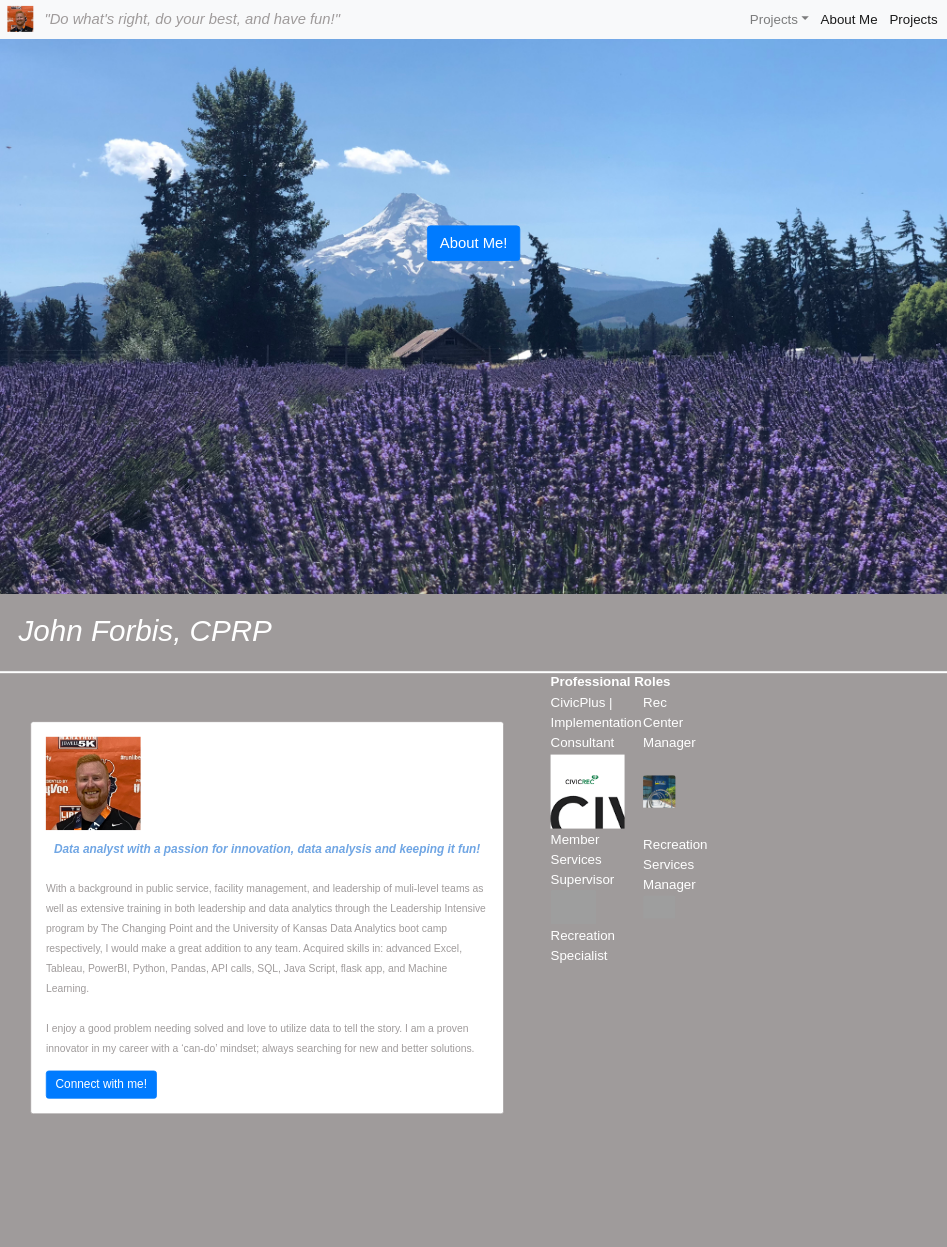
Repository: jforbis/john-forbis-data-analyst
Page: index.html
These files come from the project's save history. The page is drawn as it stood at one moment and after the next save; the edit follows.
The browser window is 1280 px wide. The pictures show the whole page, at 74% of full size.
Pictures or frames that could not be fetched are drawn as grey boxes. Backgrounds fixed to the window are drawn as part of the page.

Above is the page before, as saved 2021-03-31 20:54:05.

### index.html
<!DOCTYPE html>
<html lang="en">

<head>
<meta charset="UTF-8">
<title class="text">John Forbis, CPRP</title>
<!--Bootstrap style sheet-->
<link rel="stylesheet" href="https://stackpath.bootstrapcdn.com/bootstrap/4.3.1/css/bootstrap.min.css" integrity="sha384-ggOyR0iXCbMQv3Xipma34MD+dH/1fQ784/j6cY/iJTQUOhcWr7x9JvoRxT2MZw1T" crossorigin="anonymous">
<!--link to style sheet-->
<link rel="stylesheet" type="text/css" href="static/css/style.css">
</head>

<!--Top Nav Bar-->
<nav class="navbar-expand-lg navbar-light bg-light nav-color navbar nav">
    <a class="navbar-brand" href="about_me.html">
        <img class="headshot-sm" src="resources/images/headshot.jpg">
    </a>
    <a class="navbar-brand" id="tagline" href="index.html"> <i>"Do what's right, do your best, and have fun!"</i></a>
    <button class="navbar-toggler" type="button" data-bs-toggle="collapse" data-bs-target="#navbarSupportedContent"
        aria-controls="navbarSupportedContent" aria-expanded="false" aria-label="Toggle navigation">
        <span class="navbar-toggler-icon"></span>
    </button>
    <div class="collapse navbar-collapse justify-content-end" id="navbarSupportedContent">
        <div class="nav navbar-nav navbar-right">
            <ul class="navbar-nav me-auto mb-2 mb-lg-0">
                <li class="nav-item dropdown">
                    <a class="nav-link dropdown-toggle" href="#" id="navbarDropdown" role="button"
                        data-bs-toggle="dropdown" aria-expanded="false">Projects</a>
                    <ul class="dropdown-menu" aria-labelledby="navbarDropdown">
                        <a class="dropdown-item" href="#">Schooling</a>
                        <a class="dropdown-item" href="#">Career</a>
                        <a class="dropdown-item" href="#">Accolades</a>
                    </ul>
                </li>
                <li class="nav-item active">
                    <a class="nav-link" href="#">About Me </a>
                </li>
                <li class="nav-item active">
                    <a class="nav-link" href="#">Projects </a>
                </li>
            </ul>
        </div>
    </div>
</nav>

<div class="wrapper">
    <!-- <nav class="navbar navbar-default">
        <div class="container-fluid">
        <div class="navbar-header">
            <!-- <a class="navbar-brand" href="index.html">UFO Sightings
            <img class="nav-ufo" src="resources/images/headshot.jpg">
            </a> -->
        <!-- </div>
        </div>
    </nav> -->
    <div class="hero text-center">
        <h1 class="text"><b>JOHN FORBIS, CPRP</b></h1>
        <p><a class="btn btn-primary btn-lg" href="#me" role="button">About Me!</a></p>
    </div>

<body>
    <h1><i id="me">John Forbis, CPRP</i></h1>
    <hr>
    <table>
        <tr>
            <td>
                <div class="card" style="width: 40rem;">
                    <div><img src="resources/images/headshot.jpg" class="headshot-md" alt="..."></div>
                    <div class="card-body">
                        <h5 class="card-title"><b>Who I Am:</b></h5>
                        <p class="card-text">
                        <div id="whoiam"><i><b>Data analyst with a passion for innovation, data analysis and keeping it fun!</b></i></div>
                        <br>
                        With a background in public service, facility management, and leadership of
                        muli-level teams as well as extensive training in both leadership and data analytics
                        through the Leadership Intensive program by The Changing Point and the University
                        of Kansas Data Analytics boot camp respectively, I would make a great addition
                        to any team. Acquired skills in: advanced Excel, Tableau, PowerBI, Python, Pandas, API calls,
                        SQL, Java Script, flask app, and Machine Learning.
                        <br><br>
                        I enjoy a good problem needing solved
                        and love to utilize data to tell the story. I am a proven innovator in my
                        career with a ‘can-do’ mindset; always searching for new and better solutions.

                    </p>
                    <a target=blank href="https://www.linkedin.com/in/john-forbis-cprp-96921513/" class="btn btn-primary">Connect with me!</a>
                    </div>
                </div>
            </td>
            <td style="vertical-align:bottom">
                <div class="second_card" style="width: 40rem;">
                        <div class="card-body">
                            <table>
                                <tr>
                                <th colspan=2>Professional Roles</th>
                                </tr>
                                <tr>
                                <td id="career-img">CivicPlus | Implementation Consultant
                                </td>
                                <td id="career-img">Rec Center Manager
                                </td>
                                </tr>
                                <tr>
                                    <td>
                                        <div class="white-box" id="cr">
                                        <a href="cp.html">
                                            <img src="resources/images/cr.png" class="card-img-top" alt="...">
                                        </a>
                                        </div>
                                    </td>
                                    <td>
                                        <a href="lenexa.html">
                                            <img src="resources/images/lenexareccenter.jpg" class="card-img-top" alt="...">
                                        </a>
                                    </td>
                                    </tr>

                                <tr>
                                    <td>Member Services Supervisor
                                        <a href="visualizations/cloudiness.html">
                                            <img src="Resources/assets/images/Fig3.png" class="card-img-top" alt="...">
                                    </a>
                                    </td>
                                    <td>Recreation Services Manager
                                        <a href="visualizations/windspeed.html">
                                            <img src="Resources/assets/images/Fig3.png" class="card-img-top" alt="...">
                                        </a>
                                    </td>
                                </tr>
                                <tr>
                                    <td>Recreation Specialist
                                        </br>
                                        </br>
                                        </br>
                                        </br>
                                        </br>
                                        </br>
                                        </br>
                                        </br>
                                        </br>
                                    </td>
                                </tr>
                                <tr>
                                    <td></td>
                                </tr>
                                <tr>
                                    <td></td>
                                </tr>
                                <tr>
                                    <td></td>
                                </tr>
                                <tr>
                                    <td></td>
                                </tr>
                                <tr>
                                    <td></td>
                                </tr>
                                <tr>
                                    <td></td>
                                </tr>
                            </table>
                        </div>
                </div>
            </td>
        </tr>
    </table>
</div>
</body>

<!--<table>
    <tr>
      <th>Month</th>
      <th>Savings</th>
    </tr>
    <tr>
      <td>January</td>
      <td>$100</td>
    </tr>
    <tr>
      <td>February</td>
      <td>$80</td>
    </tr>
    <tr>
      <td colspan="2">Sum: $180</td>
    </tr>
  </table>-->

### static/css/style.css
/* Styling for HTML elements */
body {
padding: 0;
margin: 0;
font-family: Georgia, "Times New Roman", Times, serif;
font-size: 18px;
line-height: 150%;
color: rgb(255, 255, 255);
background: #9f9b9b;
}

#career-img {
    width: 30px;
}
.dropdown {
position: relative;
display: inline-block;
}

.dropdown-menu {
display: none;
position: absolute;
background-color: #f9f9f9;
min-width: 160px;
box-shadow: 0px 8px 16px 0px rgba(0,0,0,0.2);
padding: 12px 16px;
z-index: 1;
}

.dropdown:hover .dropdown-menu {
display: block;
}

h1 {
padding: 15px;
margin: 10px;
color: white
}

h3 {
margin-left: 35px;
color: white;
font-size: 16px
}

hr {
height: 2px;
background-color: white
}

.card {
color: #9f9b9b;
font-size: 14px;
margin-left: 40px;
margin-top: top;
border-color: #9f9b9b;
vertical-align: text-top
}

.card-body {
    margin-top: 100px;
}

#whoiam {
    text-align: center;
    color: #70A6E4;
    font-size: 16px
}
.second_card {
margin-top: -140px;
margin-left: 40px
}

.card-img-top {
width: 50%;
height: auto;
}

.card-title {
font-size: 18px
}

.top_row {
position: sticky;
top: 0;
background-color: #353A3F;
}

.navbar-expand-lg navbar-light bg-light nav-color navbar nav {
position: sticky;
top: 0;
}

* {
box-sizing: border-box;
font-family: Ubuntu, sans-serif;
}

html,
body {
height: 100%;
padding: 0;
margin: 0;
}

/* The wrapper contains all of the page's content besides the footer, which is pushed to the bottom of the page */
.wrapper {
position: relative;
min-height: 100%;
padding-bottom: 130px;
overflow: auto;
}

/* The footer is positioned at the bottom of the page */
.footer {
position: absolute;
right: 0;
bottom: 0;
left: 0;
min-height: 100px;
background: #4e5d6c;
}

/* The code styles the text at the bottom of the footer */
.footer > .bottom {
position: absolute;
right: 0;
bottom: 0;
left: 0;
padding: 5px;
background: #1b3146;
}

.navbar {
padding: 5px;
margin: 0;
}

/* This CSS styles the photo in the navbar */
.headshot-sm {
position: absolute;
bottom: 10px;
left: 10px;
width: 35px;
color: white;
}

/* This CSS styles the photo in the 'Who I Am' card' */
.headshot-md {
    position: absolute;
    width: 20%;
    left: 20px;
    top: 20px;
    color: black;
    margin-bottom: 20px
    }

.white-box {
    position: relative;
    /* background-color: #FFFFFF; */
    background-image: url("../../resources/images/cr.png");
    color: black;
    width: 100px;
    height: 100px;
    padding: 20px;
}

/* Resizing images */
.white-box img {
    width: 75%;
    height: auto
}

#tagline {
    position: absolute;
    left: 60px;
    font-family: verdana;
    color: #9f9b9b;
}

/* Adding styles to the aside and filter form */
.ufo-form {
margin-top: 50px;
}

.filters .panel-body {
padding: 0;
}

.filters {
margin-top: 10px;
}

select {
display: block;
width: 100%;
padding: 8px;
color: #8e979f;
outline: none;
}

#table-area th {
text-align: center;
}

#table-area th:first-child,
#table-area th:nth-child(2),
#table-area th:nth-child(6) {
min-width: 70px;
}

.loader {
margin-top: 50px;
}

.margin-top-50 {
margin-top: 50px;
}

/* The styles for the parallax */
.hero {
position: relative;
height: 750px;
padding: 10px;
margin: 0;
background-image: url("../../resources/images/IMG_1779.jpg");
background-attachment: fixed;
background-position: bottom center;
background-size: cover;
}

.hero h1 {
margin-top: 200px;
font-size: 0.1rem;
animation: title 1.2s forwards linear;
}

.hero p {
font-size: 2rem;
opacity: 0;
animation: subtitle 1.2s forwards linear;
animation-delay: 1.2s;
}

/* input placeholder color changes */
.form-control::-webkit-input-placeholder {
/* Chrome/Opera/Safari */
color: #8e979f;
}

.form-control::-moz-placeholder {
/* Firefox 19+ */
color: #8e979f;
}

.form-control:-ms-input-placeholder {
/* IE 10+ */
color: #8e979f;
}

.form-control:-moz-placeholder {
/* Firefox 18- */
color: #8e979f;
}

/* media queries which will only be activated at specific screen sizes */
@media (max-width: 800px) {
#table-area td {
    font-size: 1em;
}
}

@media (max-width: 500px) {
#table-area thead {
    display: none;
}

#table-area tr td:first-child {
    font-size: 1.8em;
    font-weight: bold;
    background: #1b3146;
}

#table-area tr td:last-child {
    margin-bottom: 20px;
}

#table-area tr td:last-child::after {
    display: block;
    width: 100%;
    height: 1px;
    margin-top: 20px;
    content: " ";
    background: aliceblue;
}

#table-area td {
    font-size: 1.25em;
}

#table-area tbody td {
    display: block;
    text-align: center;
}

#table-area tbody td::before {
    display: block;
    font-size: 1.4em;
    font-weight: bold;
    text-align: center;
    content: attr(data-th);
}

.hero h1 {
    animation: smaller-title 1.2s forwards linear;
}
}

/* keyframe animations which will be used to animate the title */
@keyframes title {
from {
    opacity: 0;
}

to {
    font-size: 7.5rem;
    opacity: 1;
}
}

@keyframes smaller-title {
from {
    opacity: 0;
}

to {
    font-size: 5.5rem;
    opacity: 1;
}
}

@keyframes subtitle {
from {
    opacity: 0;
}

to {
    opacity: 1;
}
}

After the next save:
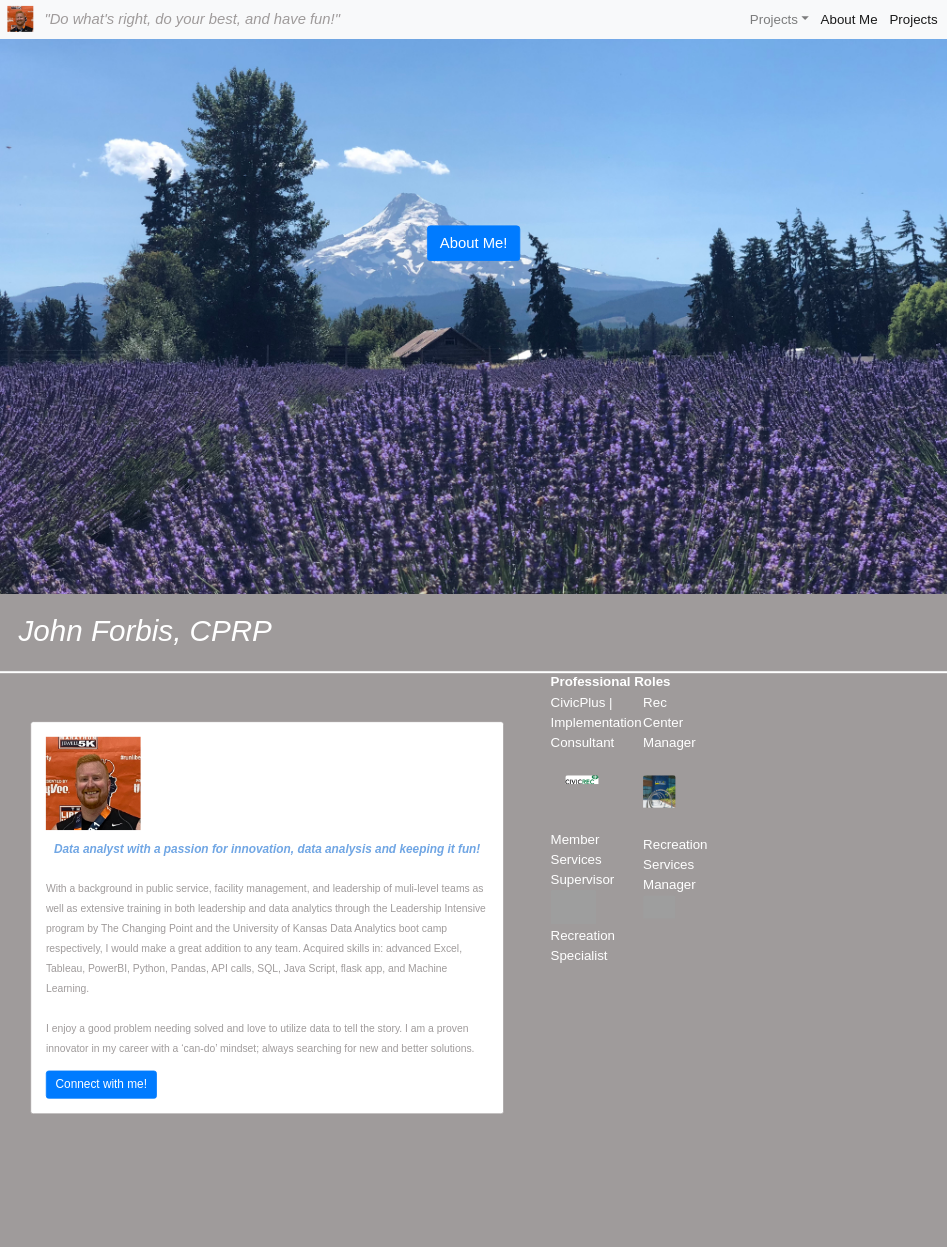
Saved 15 s later.
--- a/static/css/style.css
+++ b/static/css/style.css
@@ -158,7 +158,6 @@
 .white-box {
     position: relative;
     /* background-color: #FFFFFF; */
-    background-image: url("../../resources/images/cr.png");
     color: black;
     width: 100px;
     height: 100px;
